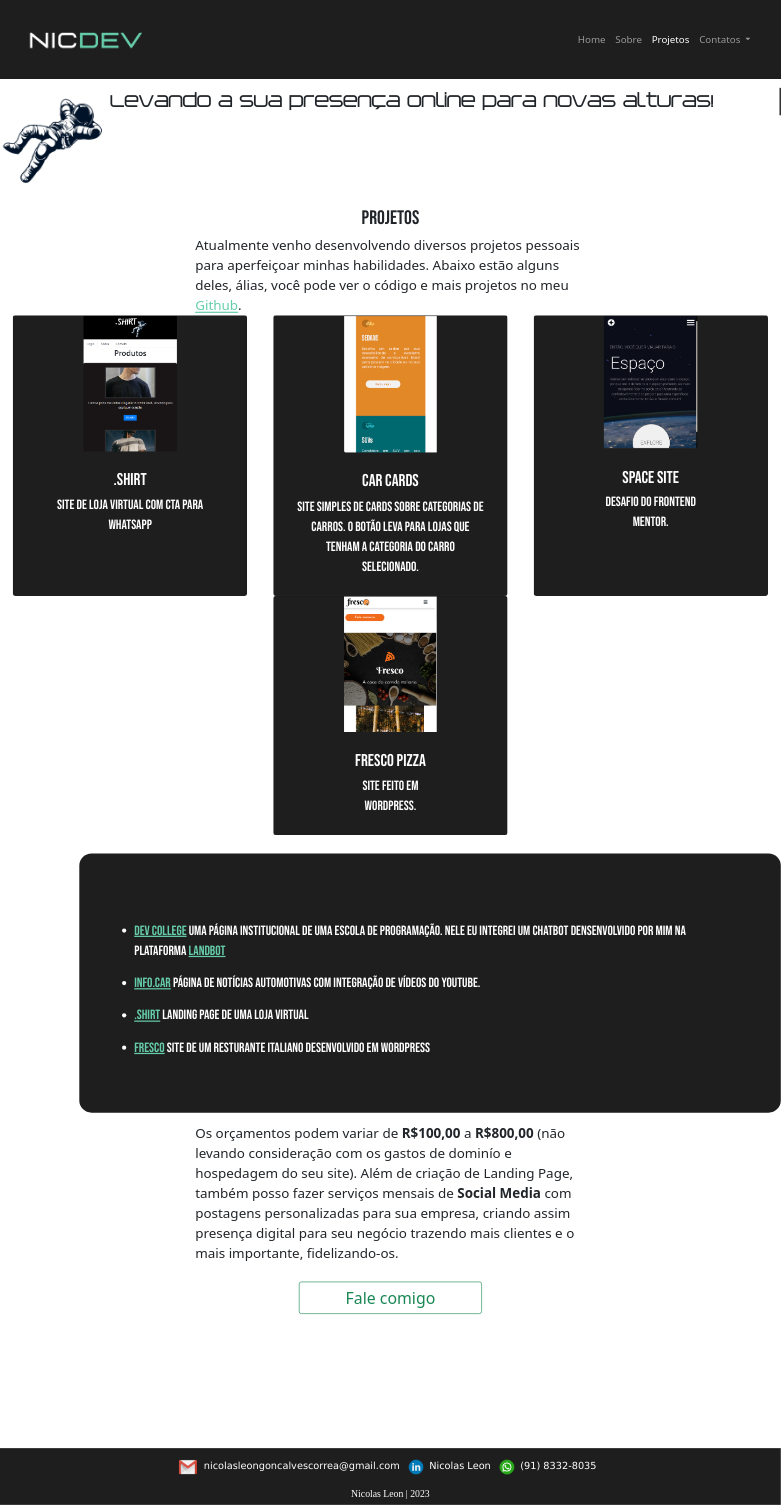
Repository: Leonngc/nicdev
Page: projects.html
The author's editor kept a copy of each file at every save. The page is drawn from the files as they stood at one save, then again after the next save.
The browser window is 1280 px wide. The pictures show the whole page, at 61% of full size.

Above is the page before, as saved 2023-06-04 23:02:22.

### projects.html
<!DOCTYPE html>
<html lang="pt-br">
  <head>
    <meta charset="UTF-8" />
    <meta http-equiv="X-UA-Compatible" content="IE=edge" />
    <meta name="viewport" content="width=device-width, initial-scale=1.0" />
    <title>nicdev - Projetos</title>
    <!-- Google tag (gtag.js) -->
<script async src="https://www.googletagmanager.com/gtag/js?id=G-E2XWESC90Y"></script>
<script>
  window.dataLayer = window.dataLayer || [];
  function gtag(){dataLayer.push(arguments);}
  gtag('js', new Date());

  gtag('config', 'G-E2XWESC90Y');
</script>
    <link
      href="https://cdn.jsdelivr.net/npm/bootstrap@5.0.2/dist/css/bootstrap.min.css"
      rel="stylesheet"
      integrity="sha384-EVSTQN3/azprG1Anm3QDgpJLIm9Nao0Yz1ztcQTwFspd3yD65VohhpuuCOmLASjC"
      crossorigin="anonymous"
    />

    <link rel="stylesheet" href="styles/scrollbar.css" />
    <link rel="stylesheet" href="styles/footer.css" />
    <link rel="stylesheet" href="styles/projects.css"/>
    ">
  </head>
  <body>
    <header style="background-color: #1e1e1e; padding: 30px" class="fixed-top">
      <nav class="navbar navbar-expand-lg navbar-dark">
        <div class="container-fluid">
          <a class="navbar-brand" href="index.html"
            ><img
              src="images/nicdev-logo.png"
              alt="logo da NicDev"
              style="width: 200px"
          /></a>
          <button
            class="navbar-toggler"
            type="button"
            data-bs-toggle="collapse"
            data-bs-target="#navbarNavDropdown"
            aria-controls="navbarNavDropdown"
            aria-expanded="false"
            aria-label="Toggle navigation"
          >
            <span class="navbar-toggler-icon"></span>
          </button>
          <div
            class="collapse navbar-collapse justify-content-end"
            id="navbarNavDropdown"
          >
            <ul class="navbar-nav">
              <li class="nav-item">
                <a class="nav-link" href="index.html" target="_parent">Home</a>
              </li>
              <li class="nav-item">
                <a class="nav-link" href="about.html" target="_parent">Sobre</a>
              </li>
              <li class="nav-item">
                <a class="nav-link active disabled" href="#">Projetos</a>
              </li>
              <li class="nav-item dropdown">
                <a
                  class="nav-link dropdown-toggle"
                  href="#"
                  id="navbarDropdownMenuLink"
                  role="button"
                  data-bs-toggle="dropdown"
                  aria-expanded="false"
                >
                  Contatos
                </a>
                <ul
                  class="dropdown-menu"
                  aria-labelledby="navbarDropdownMenuLink"
                >
                  <li>
                    <a class="dropdown-item" href="https://wa.me/91983328035"
                      >WhatsApp
                      <img src="images/whatsapp.png" alt="" class="redes-logo"
                    /></a>
                  </li>
                  <li>
                    <a class="dropdown-item" href="mailto:nicolasleongoncalvescorre@gmail.com?Subject=Interesse%20em%20um%20website&Body=Ola%2C%20vi%20seu%20site%20de%20portfolio%20e%20fiquei%20interessado%20em%20fazer%20um%20or%E7amento.%0A%0A---obs%28Retornarei%20seu%20email%20em%20ate%2030%20minutos%29"
                      >Email
                      <img src="images/gmail (1).png" alt="" class="redes-logo"
                    /></a>
                  </li>
                  <li>
                    <a class="dropdown-item" href="https://www.linkedin.com/in/nicolas-leon-70038921b/"
                      >Linkedin
                      <img src="images/linkedin.png" alt="" class="redes-logo"
                    /></a>
                  </li>
                </ul>
              </li>
            </ul>
          </div>
        </div>
      </nav>
    </header>

  <div class="slogan-container">
    <img src="images/astronauta.png" alt="" class="astronauta"> <p class="slogan">Levando a sua presença online para novas alturas!</p>
  </div>
    <main>
      <h2>Projetos</h2>

      <p>Atualmente venho desenvolvendo diversos projetos pessoais para aperfeiçoar minhas habilidades. Abaixo estão alguns deles, álias, você pode ver o código  e mais projetos no meu <a href="https://github.com/Leonngc" target="_blank">Github</a>.</p>


      <section class="cards-container">
        <div class="card">
          <img src="images/2023-06-04 (1).png" alt="">
          <div class="info-card">
            <h3>.Shirt</h3>
            <p>Site de loja virtual com CTA para WhatsApp</p>
          </div>
        </div>
        <div class="card">
          <img src="images/carcards.png" alt="">
          <div class="info-card">
            <h3>
              Car Cards
            </h3>
            <p>Site simples de cards sobre categorias de carros. O botão leva para lojas que tenham a categoria do carro selecionado.</p>
          </div>
        </div>
        <div class="card">
          <img src="images/spacesite.png" alt="">
          <div class="info-card">
            <h3>
              Space Site
            </h3>
            <p>Desafio do Frontend Mentor.</p>
          </div>
        </div>
        <div class="card">
          <img src="images/frescosite.png" alt="">
          <div class="info-card">
            <h3>
              Fresco Pizza
            </h3>
            <p>Site feito em Wordpress.</p>
          </div>
        </div>
      </section>




      <ul>
        <li><a href="https://leonngc.github.io/dev-college/" target="_blank">Dev College</a> Uma página institucional de uma escola de programação. Nele eu integrei um chatbot  densenvolvido por mim na plataforma <a href="https://landbot.io/" target="_blank">Landbot</a>
        </li>
        <li>
          <a href="https://leonngc.github.io/projeto-info.car/" target="_blank">Info.Car</a> página de notícias automotivas com integração de vídeos do Youtube.
        </li>

        <li>
          <a href="https://leonngc.github.io/projeto-shirt/" target="_blank">.Shirt</a> Landing Page de uma loja virtual
        </li>

        <li>
          <a href="https://pizzasitewp.netlify.app/" target="_blank">Fresco</a> Site de um resturante italiano desenvolvido em Wordpress
        </li>

      </ul>

      <p>Os orçamentos podem variar de <strong>R$100,00</strong> a <strong>R$800,00</strong> (não levando consideração com os gastos de dominío e hospedagem do seu site). Além de criação de Landing Page, também posso fazer serviços mensais de <strong>Social Media</strong> com postagens personalizadas para sua empresa, criando assim presença digital para seu negócio trazendo mais clientes e o mais importante, fidelizando-os.</p>
      <a href="https://wa.me/91983328035" target="_blank"><button type="button" class="btn btn-outline-success" style="width: 300px; font-size: 26px; margin-bottom: 20px; margin-top: 30px;">Fale comigo</button></a>
    </main>

    <footer>
      <p><img src="images/gmail.png" alt=""><a href="mailto:nicolasleongoncalvescorre@gmail.com?Subject=Interesse%20em%20um%20website&Body=Ola%2C%20vi%20seu%20site%20de%20portfolio%20e%20fiquei%20interessado%20em%20fazer%20um%20or%E7amento.%0A%0A---obs%28Retornarei%20seu%20email%20em%20ate%2030%20minutos%29">nicolasleongoncalvescorrea@gmail.com</a> <img src="images/linkedin.png" alt=""><a href="https://www.linkedin.com/in/nicolas-leon-70038921b/">Nicolas Leon</a> <img src="images/whatsapp.png" alt=""><a href="https://wa.me/91983328035" target="_blank">(91) 8332-8035</a></p>
      <p class="rights">Nicolas Leon | 2023</p>
    </footer>
    <script
      src="https://cdn.jsdelivr.net/npm/bootstrap@5.0.2/dist/js/bootstrap.bundle.min.js"
      integrity="sha384-MrcW6ZMFYlzcLA8Nl+NtUVF0sA7MsXsP1UyJoMp4YLEuNSfAP+JcXn/tWtIaxVXM"
      crossorigin="anonymous"
    ></script>
  </body>
</html>

### styles/scrollbar.css
body{
    overflow-x: hidden;
}
body::-webkit-scrollbar {
    width: 6px;               /* width of the entire scrollbar */
  }

  body::-webkit-scrollbar-track {
    background: rgb(5, 5, 5);        /* color of the tracking area */
  }

  body::-webkit-scrollbar-thumb {
    background-color: #4BC6B9;    /* color of the scroll thumb */
    border-radius: 20px;       /* roundness of the scroll thumb */
  }

  .redes-logo{
    width: 30px;
    padding: 6px;
  }

### styles/footer.css
footer{
    background-color: #1e1e1e;;
    text-align: center;
    margin-top: 200px;
    padding: 15px;
    height: 13vh;
}

footer > p  a{
    padding: 10px;
    text-decoration: none;
    color: white;
    font-family: 'Lucida Sans', 'Lucida Sans Regular', 'Lucida Grande', 'Lucida Sans Unicode', Geneva, Verdana, sans-serif;
}

footer > p > a:hover{
    color: #66CDAA;
    transition: 1s;
}

.rights{
    color: white;
    font-family: 'Times New Roman', Times, serif;
}
 @media screen and (max-width:900px) {
    footer{
        margin-top: 100px;
        height: 16vh;
        word-wrap: break-word;
    }
    footer > p > a{
        color: #d1d5d4;
    }
 }

### styles/projects.css
@import url('https://fonts.googleapis.com/css2?family=Bebas+Neue&display=swap'); /* CDN GOOGLE  FONT */
@import url('https://cdn-uicons.flaticon.com/uicons-solid-straight/css/uicons-solid-straight.css'); /* CDN ICON*/
@font-face {
    font-family: Lastica;
    src: url(../fonts/instrg.ttf);
}

@keyframes typewriter {
    from {
      width: 0%;
    }
    to {
      width: 50%;
    }
  }
  @keyframes blink {
    from {
      border-color: black;
    }
    to {
      border-color: transparent;
    }
  }

*{
    max-width: 100vw;
}

:root{
 --bebas-neue : 'Bebas Neue', cursive;
}

body{
    max-width: 100vw;
    overflow-x: hidden;
}

main{
    margin-top: 150px;
    text-align: center;
}

.slogan-container{
  margin-top: 120px;
}


.slogan{
    font-family: Lastica, sans-serif;
    font-weight: bold;
    font-size: 30px;
    overflow: hidden;
    animation: typewriter 2s steps(15) alternate,
      blink 800ms steps(15)  normal;
    border-right: 2px solid black;
}

.astronauta{
    width: 180px;
    float: left;
}

h2{
    font-family: var(--bebas-neue);
    text-align: center
}

main > p{
    text-align: start;
    margin: auto;
    width: 50vw;
    font-size: 22px;
}

main > ul{
    font-family: var(--bebas-neue);
    font-size: 22px;
    margin-left: 130px;
    margin-top: 30px;
    background-color: #1e1e1e;
    color: white;
    padding: 90px;
    border-radius: 20px;
    text-align: left;
}

main a{
    color: #66CDAA;
}

main > ul > li{
  margin-top: 20px;
}

li > img{
    width: 600px;
    padding: 50px;
}

.cards-container{
  display: flex;
  flex-wrap: wrap;
  justify-content: space-around;
}

.card{
  background-color: #1e1e1e;
  align-items: center;
  width: 30%;
}

.card > img{
  width: 40%;
}

.info-card{
  color: white;
  font-family: var(--bebas-neue);
  text-align: center;
  padding: 30px 0 30px;
}

.info-card > p{
  width: 80%;
  margin: auto;
  font-size: 22px;
}

@media screen and (max-width:900px){
    .astronauta{
        width: 100px;
    }
    .slogan{
        font-size: 12px;
        padding: 20px;
    }
    h2{
    margin: auto;
    }
    main{
      margin-top: 100px;
    }
   main > p{
    width: 90vw;
   }

   main > ul{
    margin: auto;
    margin-top: 30px;
    margin-bottom: 30px;
    font-size: 18px;
    padding: 30px;
   }

   main > ul > li{
    padding: 16px;
   }
}

After the next save:
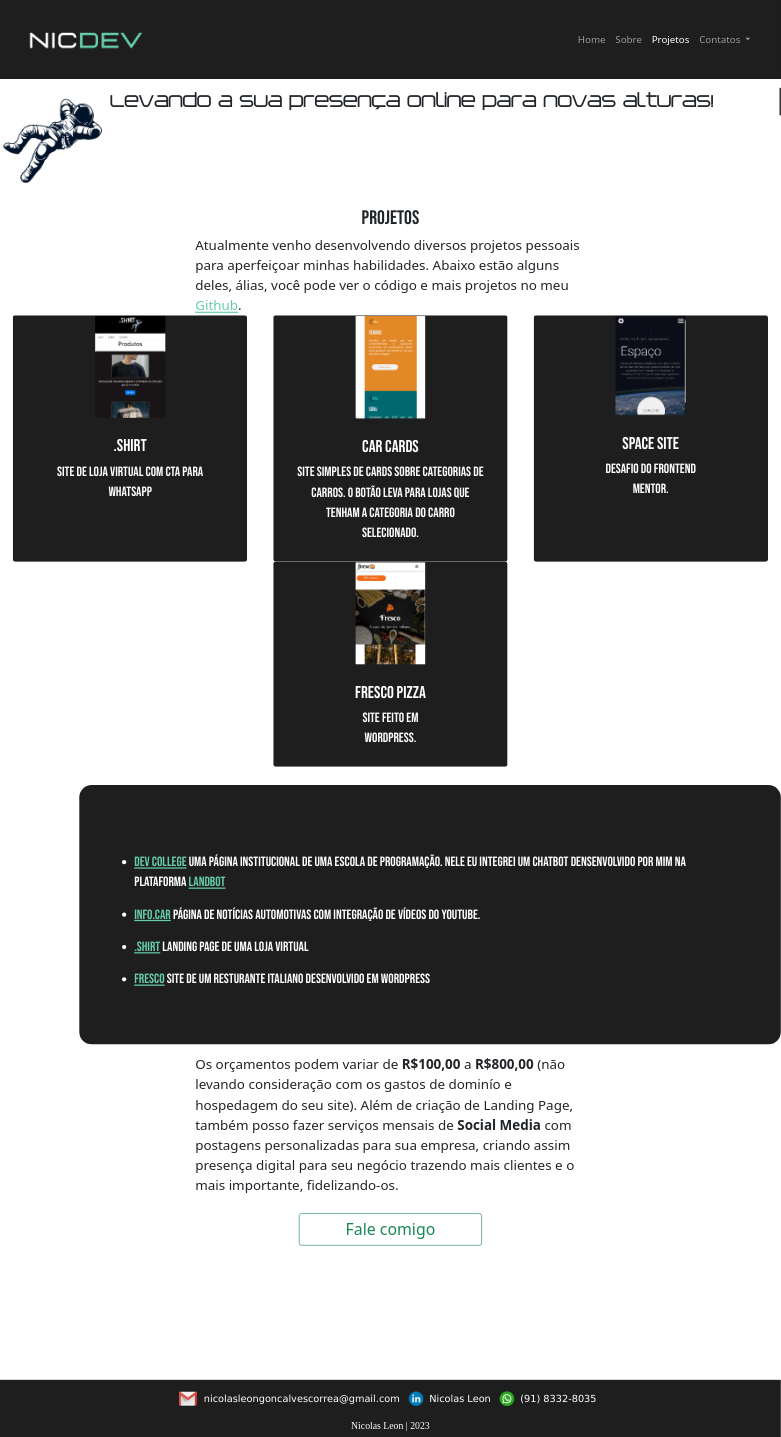
Saved 4 s later.
--- a/styles/projects.css
+++ b/styles/projects.css
@@ -110,7 +110,7 @@ li > img{
 }
 
 .card > img{
-  width: 40%;
+  width: 30%;
 }
 
 .info-card{
